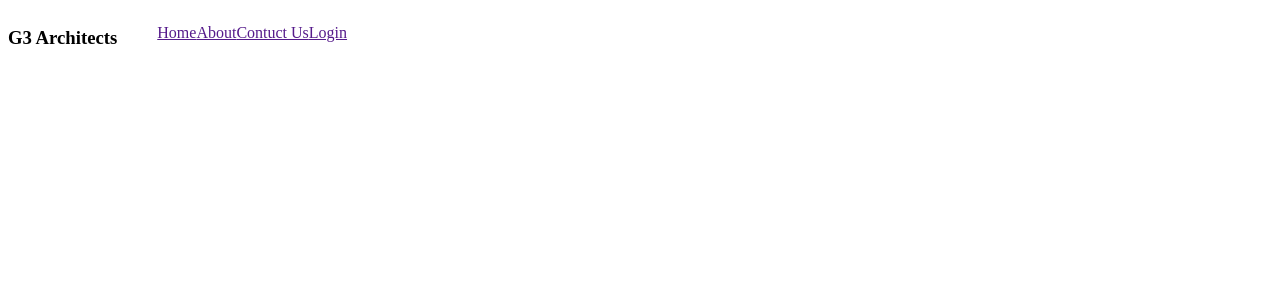
Repository: Safin421/g3-responsive-website
Page: index.html
These files come from the project's save history. The page is drawn as it stood at one moment and after the next save; the edit follows.
The browser window is 1280 px wide. The pictures show the whole page.

Above is the page before, as saved 2024-08-19 22:16:15.

After the next save:
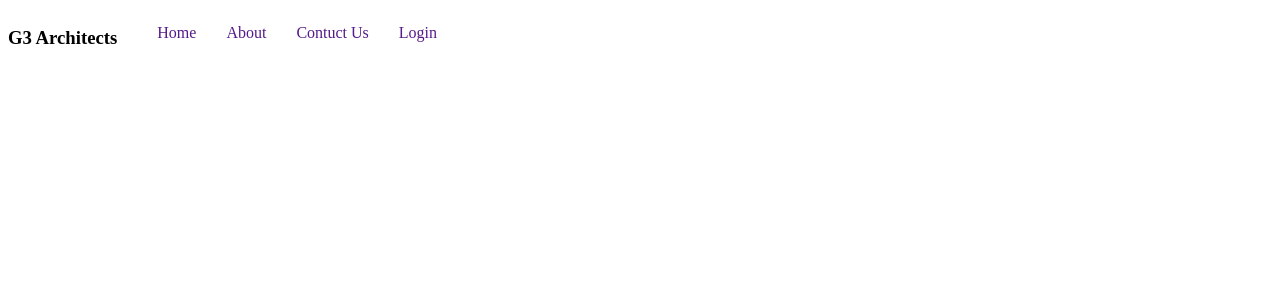
Saved 77 s later.
--- a/style/style.css
+++ b/style/style.css
@@ -17,4 +17,8 @@
 /* nav releted style */
 .nav-items{
     list-style: none;
+    margin-right: 30px;
 }
+.nav-link{
+    text-decoration: none;
+}
